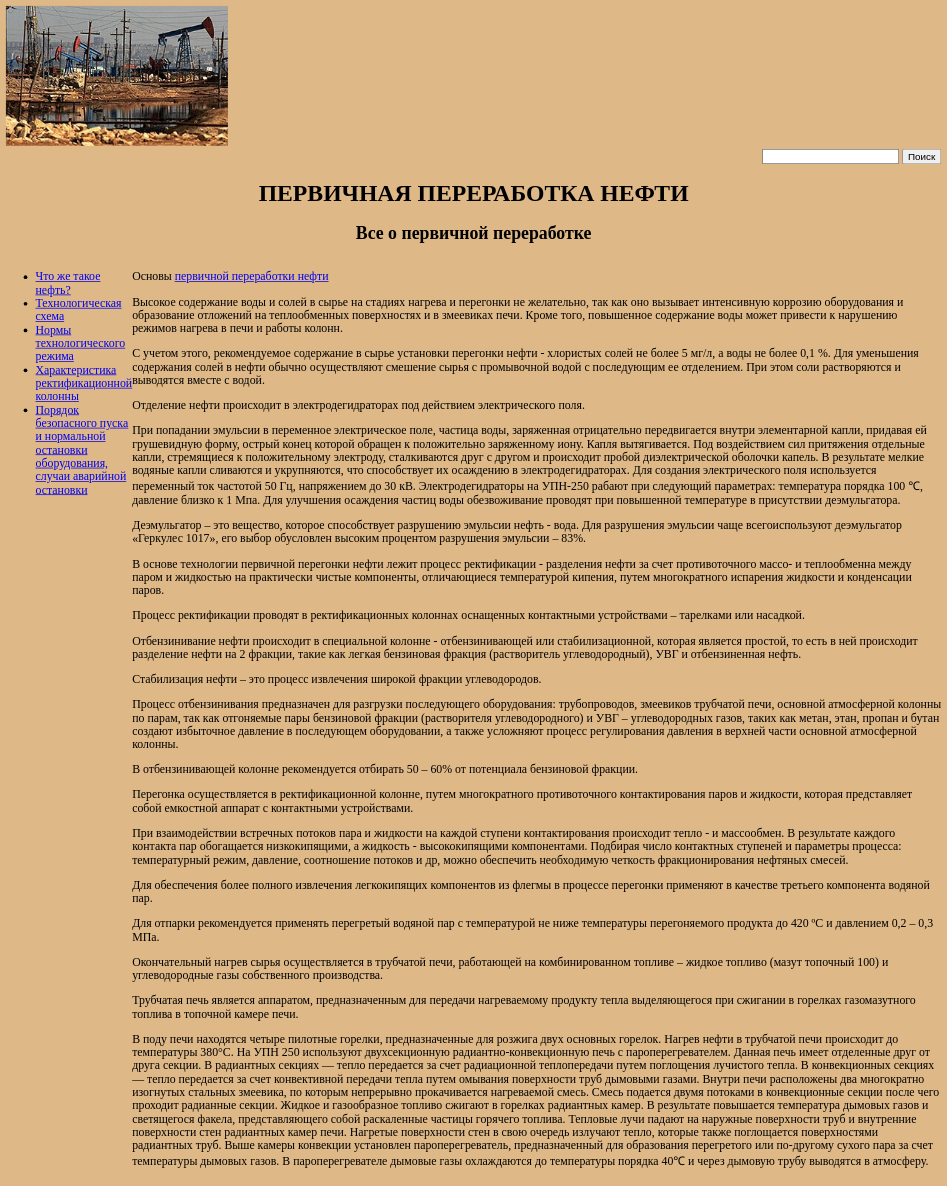
Repository: NastyaSeleznev/NastyaSeleznev.githab.io
Page: week1/index.html
The author's editor kept a record of every edit. The page is drawn from the files as they stood at one moment, then again after the next edit.
The browser window is 1280 px wide. The pictures show the whole page, at 74% of full size.

Above is the page before.

After the next edit:
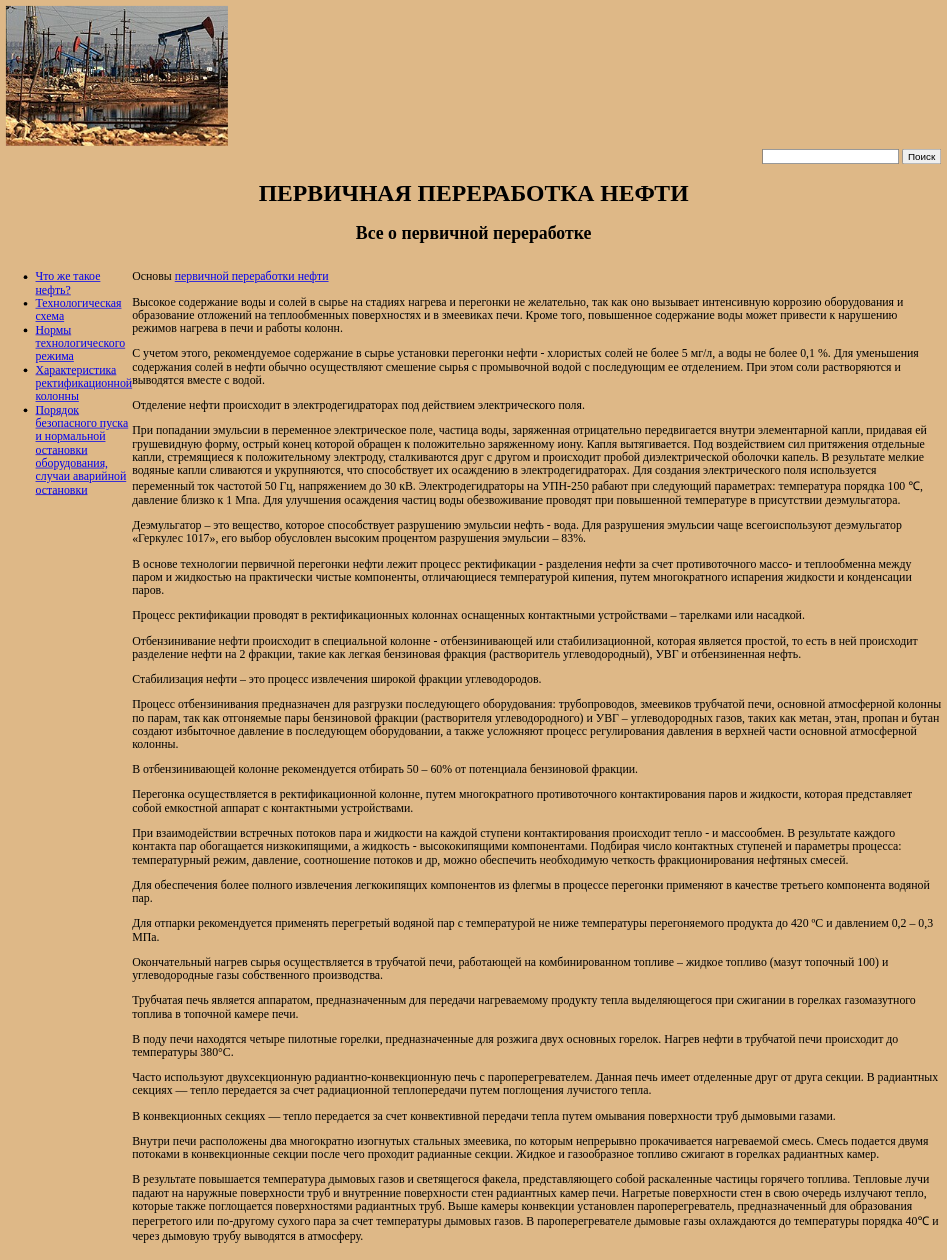
The edit:
--- a/week1/index.html
+++ b/week1/index.html
@@ -50,10 +50,10 @@
 <p>Трубчатая печь является аппаратом, предназначенным для передачи нагреваемому продукту тепла выделяющегося при сжигании в горелках  газомазутного топлива в топочной камере печи.
 <p>В поду печи находятся четыре пилотные горелки, предназначенные для розжига двух основных горелок.
 Нагрев нефти в трубчатой печи происходит до температуры 380°С.
-На УПН 250 используют двухсекционную радиантно-конвекционную печь с пароперегревателем. Данная печь имеет отделенные друг от друга секции. В радиантных секциях — тепло передается за счет радиационной теплопередачи путем поглощения лучистого тепла.
-В конвекционных секциях — тепло передается за счет конвективной передачи тепла путем омывания поверхности труб дымовыми газами.
- Внутри печи расположены два многократно изогнутых стальных змеевика, по которым непрерывно прокачивается нагреваемой смесь. Смесь подается двумя потоками  в конвекционные секции после чего проходит радианные секции. Жидкое и газообразное топливо сжигают в горелках радиантных камер.
-В результате повышается температура дымовых газов и светящегося факела, представляющего собой раскаленные частицы горячего топлива.
+<p>Часто используют двухсекционную радиантно-конвекционную печь с пароперегревателем. Данная печь имеет отделенные друг от друга секции. В радиантных секциях — тепло передается за счет радиационной теплопередачи путем поглощения лучистого тепла.
+<p>В конвекционных секциях — тепло передается за счет конвективной передачи тепла путем омывания поверхности труб дымовыми газами.
+ <p>Внутри печи расположены два многократно изогнутых стальных змеевика, по которым непрерывно прокачивается нагреваемой смесь. Смесь подается двумя потоками  в конвекционные секции после чего проходит радианные секции. Жидкое и газообразное топливо сжигают в горелках радиантных камер.
+<p>В результате повышается температура дымовых газов и светящегося факела, представляющего собой раскаленные частицы горячего топлива.
 Тепловые лучи падают на наружные поверхности труб и внутренние поверхности стен радиантных камер печи. Нагретые поверхности стен в свою очередь излучают тепло, которые также поглощается поверхностями радиантных труб.
 Выше камеры конвекции установлен пароперегреватель, предназначенный для образования перегретого или по-другому сухого пара за счет температуры дымовых газов. В пароперегревателе дымовые газы охлаждаются до температуры порядка 40℃ и через дымовую трубу выводятся в атмосферу.
 
